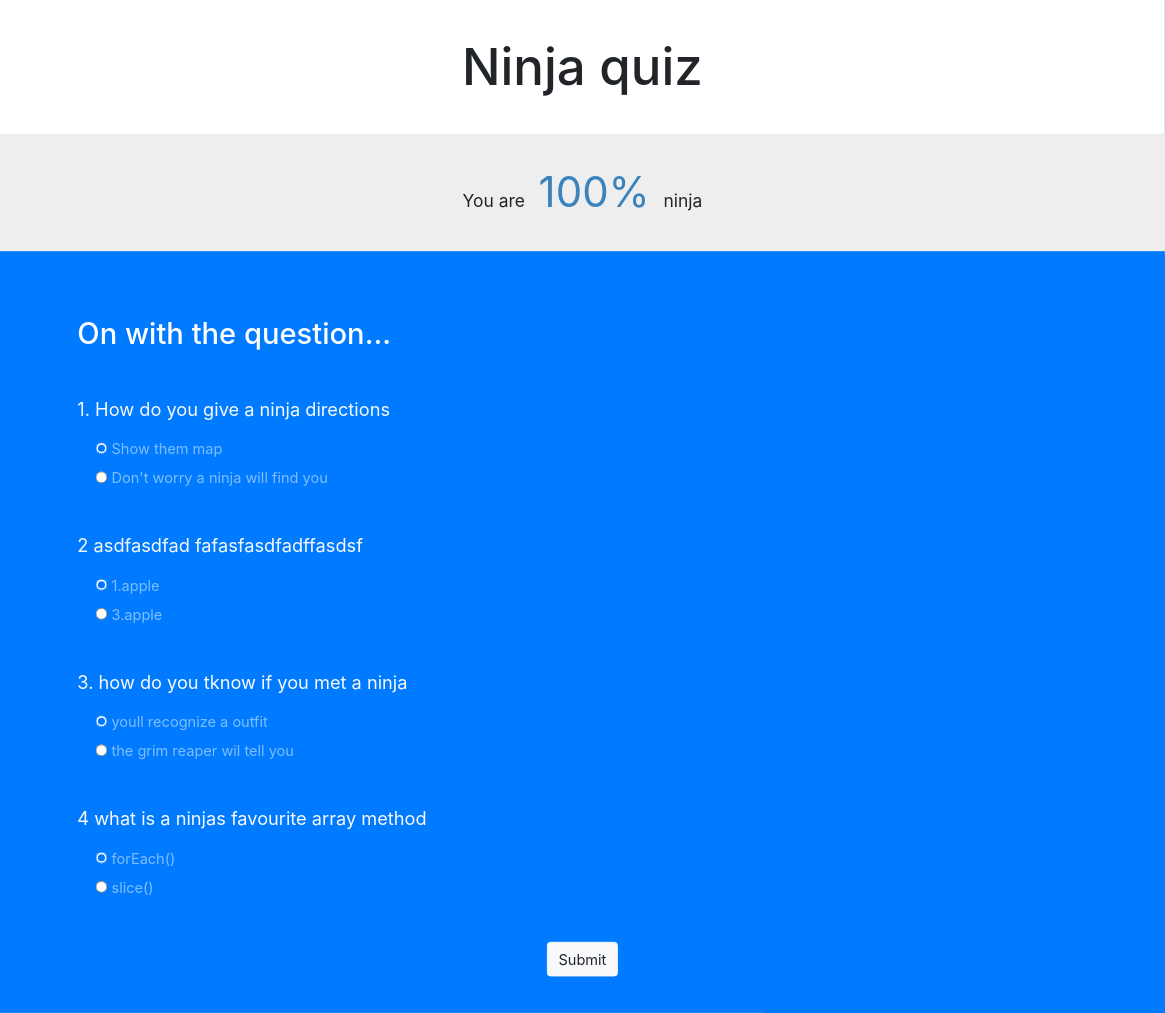
Repository: ajgors/config
Page: Nauka Js/Projekty/Quiz/index.html
The author's editor kept a copy of each file at every save. The page is drawn from the files as they stood at one save, then again after the next save.
The browser window is 1280 px wide. The pictures show the whole page, at 91% of full size.

Above is the page before, as saved 2019-08-11 18:25:09.

### Nauka Js/Projekty/Quiz/index.html
<!DOCTYPE html>
<html lang="en">

<head>
    <meta charset="UTF-8">
    <meta name="viewport" content="width=device-width, initial-scale=1.0">
    <meta http-equiv="X-UA-Compatible" content="ie=edge">
    <title>Document</title>
    <link rel="stylesheet" href="https://stackpath.bootstrapcdn.com/bootstrap/4.3.1/css/bootstrap.min.css"
        integrity="sha384-ggOyR0iXCbMQv3Xipma34MD+dH/1fQ784/j6cY/iJTQUOhcWr7x9JvoRxT2MZw1T" crossorigin="anonymous">
        <link rel="stylesheet" href="css.css">
</head>

<body>
    <!-- Header -->
    <!-- <div class="intro py-3 bg-white text-center">
        <div class="container">
            <h2 class="text-primary display-3 my-4">Ninja Quiz</h2>
        </div>
    </div> -->

    <header class="header">
        <h1 class="header__title">Ninja quiz</h1>
    </header>

    <!-- Result -->
    <!-- <div class="result py-4  bg-light text-center">
        <div class="container lead">
            <p>You are <span class="text-primary display-4 p-3">110%</span>Ninja</p>
        </div>
    </div> -->

    <div class="result">
        <p class="result__paragraph">You are<span class="result__span">100%</span>ninja</p>
    </div>

    <!-- Form -->
    <div class="quiz py-4 bg-primary">
        <div class="container">
            <h2 class="my-5 text-white">On with the question...</h2>
            <form action="" class="quiz-form text-light">
                <div class="my-5">
                    <p class="lead font-weight-normal">1. How do you give a ninja directions</p>
                    <div class="form-check my-2 text-white-50">
                        <input type="radio" name='q1' value='A' checked>
                        <label for="" class="form-check-label">Show them map</label>
                    </div>
                    <div class="form-check my-2 text-white-50">
                        <input type="radio" name='q1' value='B'>
                        <label for="" class="form-check-label">Don't worry a ninja will find you</label>
                    </div>
                </div>
                <div class="my-5">
                    <p class="lead font-weight-normal">2 asdfasdfad fafasfasdfadffasdsf</p>
                    <div class="form-check my-2 text-white-50">
                        <input type="radio" name='q2' value='A' checked>
                        <label for="" class="form-check-label">1.apple</label>
                    </div>
                    <div class="form-check my-2 text-white-50">
                        <input type="radio" name='q2' value='B'>
                        <label for="" class="form-check-label">3.apple</label>
                    </div>
                </div>
                <div class="my-5">
                    <p class="lead font-weight-normal">3. how do you tknow if you met a ninja</p>
                    <div class="form-check my-2 text-white-50">
                        <input type="radio" name='q3' value='A' checked>
                        <label for="" class="form-check-label">youll recognize a outfit</label>
                    </div>
                    <div class="form-check my-2 text-white-50">
                        <input type="radio" name='q3' value='B'>
                        <label for="" class="form-check-label">the grim reaper wil tell you</label>
                    </div>
                </div>
                <div class="my-5">
                    <p class="lead font-weight-normal">4 what is a ninjas favourite array method</p>
                    <div class="form-check my-2 text-white-50">
                        <input type="radio" name='q4' value='A' checked>
                        <label for="" class="form-check-label">forEach()</label>
                    </div>
                    <div class="form-check my-2 text-white-50">
                        <input type="radio" name='q4' value='B'>
                        <label for="" class="form-check-label">slice()</label>
                    </div>
                </div>
                <div class="text-center">
                    <input type="submit" class='btn btn-light'>
                </div>
            </form>
        </div>


        <div class="xd">
            <p class="xd"></p>
        </div>
    </div>

    <script src="js.js"></script>
</body>

</html>

### Nauka Js/Projekty/Quiz/css.css
*{
    margin: 0;
    padding: 0;
}

.header__title{
    text-align: center;
    margin:  40px auto;
    font-size: 3.5em;
}

.result{
    background-color: #eee;
}
.result__paragraph{
    text-align: center;
    padding: 30px;
    margin: 0;
    font-size: 1.2em
}
.result__span{
    font-size: 2.4em;
    padding: 15px;
    color:#3b83bd;
}

### Nauka Js/Projekty/Quiz/js.js




const form = document.querySelector('.quiz-form');
const result = document.querySelector('.result');
const correctAnswers = ['B','B','B','B'];
const spanResult = document.querySelector('span');

form.addEventListener('submit', e=>{
    e.preventDefault();

    //check answer
    let score = 0;
    const userAnswers = [form.q1.value, form.q2.value, form.q3.value, form.q4.value];

    userAnswers.forEach((answer, index) =>{
        if(answer === correctAnswers[index]){
            score += 25;
        }
    });

    scrollTo(0,0)
    result.classList.remove('d-none');
    // spanResult.textContent = `${score}%`

    let output = 0;
    const timer = setInterval(()=>{
        spanResult.textContent = `${output}%`
        if(output === score){
            clearInterval(timer);
        } else {
            output++;
        }
    })


})

After the next save:
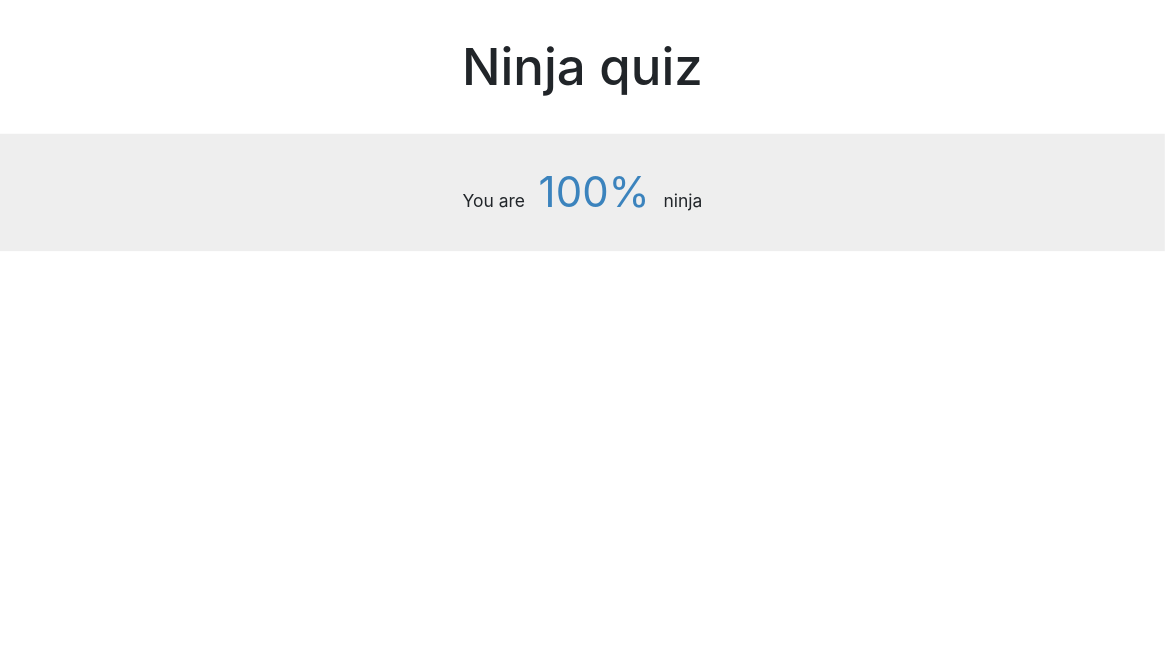
Console error: TypeError: Cannot read properties of null (reading 'addEventListener')
Saved 21 s later.
--- a/Nauka Js/Projekty/Quiz/index.html
+++ b/Nauka Js/Projekty/Quiz/index.html
@@ -35,7 +35,7 @@
     </div>
 
     <!-- Form -->
-    <div class="quiz py-4 bg-primary">
+    <!-- <div class="quiz py-4 bg-primary">
         <div class="container">
             <h2 class="my-5 text-white">On with the question...</h2>
             <form action="" class="quiz-form text-light">
@@ -87,12 +87,10 @@
                     <input type="submit" class='btn btn-light'>
                 </div>
             </form>
-        </div>
+        </div> -->
 
 
-        <div class="xd">
-            <p class="xd"></p>
-        </div>
+
     </div>
 
     <script src="js.js"></script>
